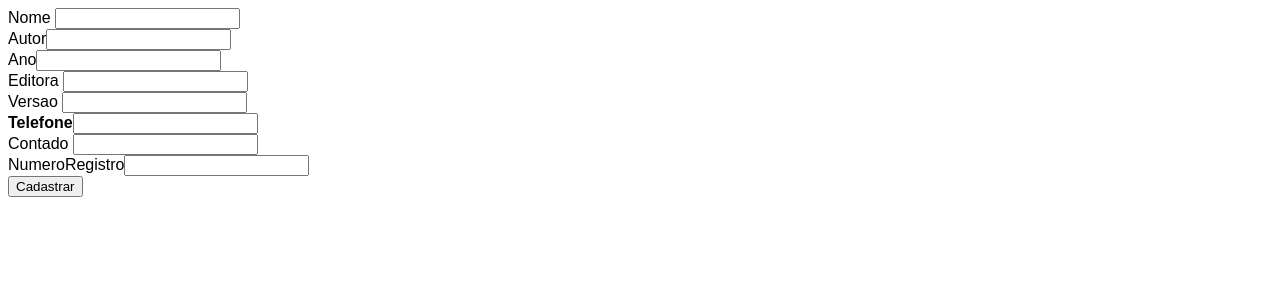
Repository: andersonsilvade/workspacejava
Page: WorkSpace/Lista1/WebContent/cadastro.html
An editor plug-in stored every save of this project. The page is shown before and after the next save, followed by the edit.
The browser window is 1280 px wide. The pictures show the whole page.

Above is the page before, as saved 2014-08-22 11:23:56.

### WorkSpace/Lista1/WebContent/cadastro.html
<!DOCTYPE html>
<html>
<head>
<meta charset="ISO-8859-1">
<title>Insert title here</title>
</head>
<body>
<form action="cl" method = "post">
<font face="Arial" size="3">Nome</font> <input type = "text" name = "nome" />
</br>
<font face = "Arial" size="3">Autor</font><input type = "text" name = "autor"/>
</br>
<font face="Arial" size="3">Ano</font><input type = "text" name = "ano"/>
</br>
<font face="Arial" size="3">Editora</font> <input type = "text" name = "editora"/>
</br>
<font face="Arial" size="3">Versao</font> <input type = "text" name = "versao"/>
</br>
<font face="Arial" size="3"><b>Telefone</b></font><input type = "text" name = "telefone"/>
</br>
<font face="Arial" size="3">Contado</font> <input type = "text" name = "contato"/>
</br>
<font face="Arial" size="3">NumeroRegistro</font><input type = "text" name = "numeroR"/>
</br>
<input type = 'submit' value = 'Cadastrar'>
</form>
</body>
</html>

After the next save:
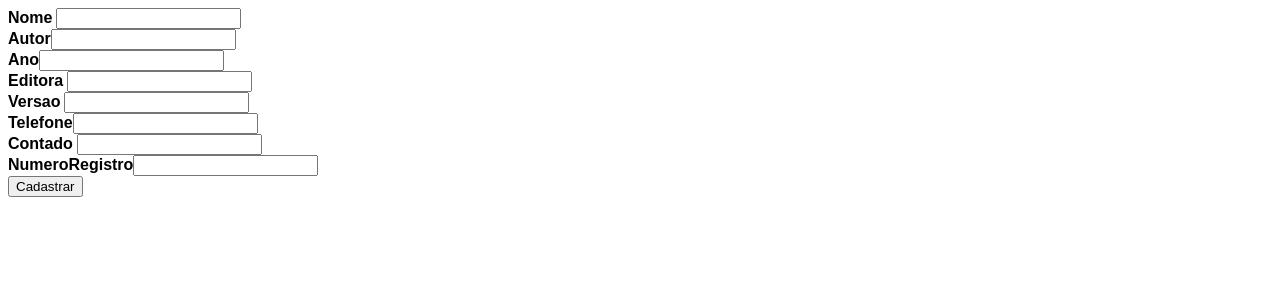
Saved 101 s later.
--- a/WorkSpace/Lista1/WebContent/cadastro.html
+++ b/WorkSpace/Lista1/WebContent/cadastro.html
@@ -6,21 +6,21 @@
 </head>
 <body>
 <form action="cl" method = "post">
-<font face="Arial" size="3">Nome</font> <input type = "text" name = "nome" />
+<font face="Arial" size="3"><b>Nome</b></font> <input type = "text" name = "nome" />
 </br>
-<font face = "Arial" size="3">Autor</font><input type = "text" name = "autor"/>
+<font face = "Arial" size="3"><b>Autor</b></font><input type = "text" name = "autor"/>
 </br>
-<font face="Arial" size="3">Ano</font><input type = "text" name = "ano"/>
+<font face="Arial" size="3"><b>Ano</b></font><input type = "text" name = "ano"/>
 </br>
-<font face="Arial" size="3">Editora</font> <input type = "text" name = "editora"/>
+<font face="Arial" size="3"><b>Editora</b></font> <input type = "text" name = "editora"/>
 </br>
-<font face="Arial" size="3">Versao</font> <input type = "text" name = "versao"/>
+<font face="Arial" size="3"><b>Versao</b></font> <input type = "text" name = "versao"/>
 </br>
 <font face="Arial" size="3"><b>Telefone</b></font><input type = "text" name = "telefone"/>
 </br>
-<font face="Arial" size="3">Contado</font> <input type = "text" name = "contato"/>
+<font face="Arial" size="3"><b>Contado</b></font> <input type = "text" name = "contato"/>
 </br>
-<font face="Arial" size="3">NumeroRegistro</font><input type = "text" name = "numeroR"/>
+<font face="Arial" size="3"><b>NumeroRegistro</b></font><input type = "text" name = "numeroR"/>
 </br>
 <input type = 'submit' value = 'Cadastrar'>
 </form>
